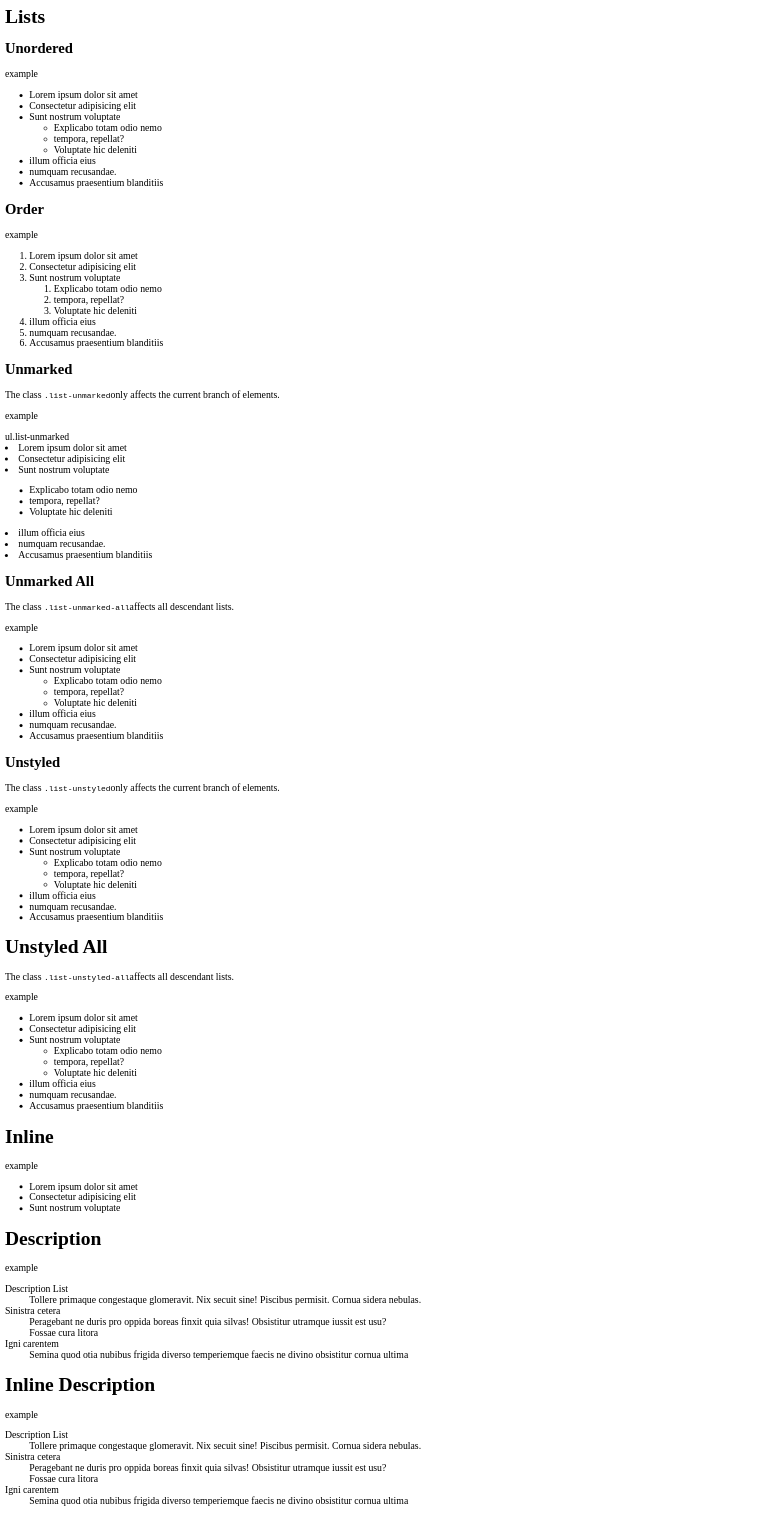
Repository: sympolinc/silk
Page: http://localhost/views/lists.php
The author's editor kept a record of every edit. The page is drawn from the files as they stood at one moment, then again after the next edit.
The browser window is 1280 px wide. The pictures show the whole page, at 61% of full size.
The page is run by PHP 8.4 with error messages shown; the project is at /var/www/html/.

Above is the page before.

### views/lists.php
<div class="section">
    <h1>Lists</h1>
    <div class="section">
        <h2>Unordered</h2>
        <div class="silk-example">
            <span class="lang">example</span>
            <div data-example>
                <ul>
                    <li>Lorem ipsum dolor sit amet</li>
                    <li>Consectetur adipisicing elit</li>
                    <li>Sunt nostrum voluptate
                        <ul>
                            <li>Explicabo totam odio nemo</li>
                            <li>tempora, repellat?</li>
                            <li>Voluptate hic deleniti</li>
                        </ul>
                    </li>
                    <li>illum officia eius</li>
                    <li>numquam recusandae.</li>
                    <li>Accusamus praesentium blanditiis</li>
                </ul>
            </div>
        </div>
    </div>
    <div class="section">
        <h2>Order</h2>
        <div class="silk-example">
            <span class="lang">example</span>
            <div data-example>
                <ol>
                    <li>Lorem ipsum dolor sit amet</li>
                    <li>Consectetur adipisicing elit</li>
                    <li>Sunt nostrum voluptate
                        <ol>
                            <li>Explicabo totam odio nemo</li>
                            <li>tempora, repellat?</li>
                            <li>Voluptate hic deleniti</li>
                        </ol>
                    </li>
                    <li>illum officia eius</li>
                    <li>numquam recusandae.</li>
                    <li>Accusamus praesentium blanditiis</li>
                </ol>
            </div>
        </div>
    </div>
    <div class="section">
        <h2>Unmarked</h2>
        <p>The class
            <code>.list-unmarked</code>only affects the current branch of elements.</p>
        <div
        class="silk-example">
            <span class="lang">example</span>
            <p data-example></p>
            <div>ul.list-unmarked
                <li>Lorem ipsum dolor sit amet</li>
                <li>Consectetur adipisicing elit</li>
                <li>Sunt nostrum voluptate
                    <ul>
                        <li>Explicabo totam odio nemo</li>
                        <li>tempora, repellat?</li>
                        <li>Voluptate hic deleniti</li>
                    </ul>
                </li>
                <li>illum officia eius</li>
                <li>numquam recusandae.</li>
                <li>Accusamus praesentium blanditiis</li>
            </div>
    </div>
</div>
<div class="section">
    <h2>Unmarked All</h2>
    <p>The class
        <code>.list-unmarked-all</code>affects all descendant lists.</p>
    <div class="silk-example">
        <span class="lang">example</span>
        <div data-example>
            <ul class="list-unmarked-all">
                <li>Lorem ipsum dolor sit amet</li>
                <li>Consectetur adipisicing elit</li>
                <li>Sunt nostrum voluptate
                    <ul>
                        <li>Explicabo totam odio nemo</li>
                        <li>tempora, repellat?</li>
                        <li>Voluptate hic deleniti</li>
                    </ul>
                </li>
                <li>illum officia eius</li>
                <li>numquam recusandae.</li>
                <li>Accusamus praesentium blanditiis</li>
            </ul>
        </div>
    </div>
</div>
<div class="section">
    <h2>Unstyled</h2>
    <p>The class
        <code>.list-unstyled</code>only affects the current branch of elements.</p>
    <div
    class="silk-example">
        <span class="lang">example</span>
        <div data-example>
            <ul class="list-unstyled">
                <li>Lorem ipsum dolor sit amet</li>
                <li>Consectetur adipisicing elit</li>
                <li>Sunt nostrum voluptate
                    <ul>
                        <li>Explicabo totam odio nemo</li>
                        <li>tempora, repellat?</li>
                        <li>Voluptate hic deleniti</li>
                    </ul>
                </li>
                <li>illum officia eius</li>
                <li>numquam recusandae.</li>
                <li>Accusamus praesentium blanditiis</li>
            </ul>
        </div>
</div>
</div>
<div class="section">
    <h1>Unstyled All</h1>
    <p>The class
        <code>.list-unstyled-all</code>affects all descendant lists.</p>
    <div class="silk-example">
        <span class="lang">example</span>
        <div data-example>
            <ul class="list-unstyled-all">
                <li>Lorem ipsum dolor sit amet</li>
                <li>Consectetur adipisicing elit</li>
                <li>Sunt nostrum voluptate
                    <ul>
                        <li>Explicabo totam odio nemo</li>
                        <li>tempora, repellat?</li>
                        <li>Voluptate hic deleniti</li>
                    </ul>
                </li>
                <li>illum officia eius</li>
                <li>numquam recusandae.</li>
                <li>Accusamus praesentium blanditiis</li>
            </ul>
        </div>
    </div>
</div>
<div class="section">
    <h1>Inline</h1>
    <div class="silk-example">
        <span class="lang">example</span>
        <div data-example>
            <ul class="list-inline">
                <li>Lorem ipsum dolor sit amet</li>
                <li>Consectetur adipisicing elit</li>
                <li>Sunt nostrum voluptate</li>
            </ul>
        </div>
    </div>
</div>
<div class="section">
    <h1>Description</h1>
    <div class="silk-example">
        <span class="lang">example</span>
        <div data-example>
            <dl>
                <dt>Description List</dt>
                <dd>Tollere primaque congestaque glomeravit. Nix secuit sine! Piscibus permisit.
                    Cornua sidera nebulas.</dd>
                <dt>Sinistra cetera</dt>
                <dd>Peragebant ne duris pro oppida boreas finxit quia silvas! Obsistitur utramque
                    iussit est usu?</dd>
                <dd>Fossae cura litora</dd>
                <dt>Igni carentem</dt>
                <dd>Semina quod otia nubibus frigida diverso temperiemque faecis ne divino
                    obsistitur cornua ultima</dd>
            </dl>
        </div>
    </div>
</div>
<div class="section">
    <h1>Inline Description</h1>
    <div class="silk-example">
        <span class="lang">example</span>
        <div data-example>
            <dl class="dl-inline">
                <dt>Description List</dt>
                <dd>Tollere primaque congestaque glomeravit. Nix secuit sine! Piscibus permisit.
                    Cornua sidera nebulas.</dd>
                <dt>Sinistra cetera</dt>
                <dd>Peragebant ne duris pro oppida boreas finxit quia silvas! Obsistitur utramque
                    iussit est usu?</dd>
                <dd>Fossae cura litora</dd>
                <dt>Igni carentem</dt>
                <dd>Semina quod otia nubibus frigida diverso temperiemque faecis ne divino
                    obsistitur cornua ultima</dd>
            </dl>
        </div>
    </div>
</div>
</div>

After the next edit:
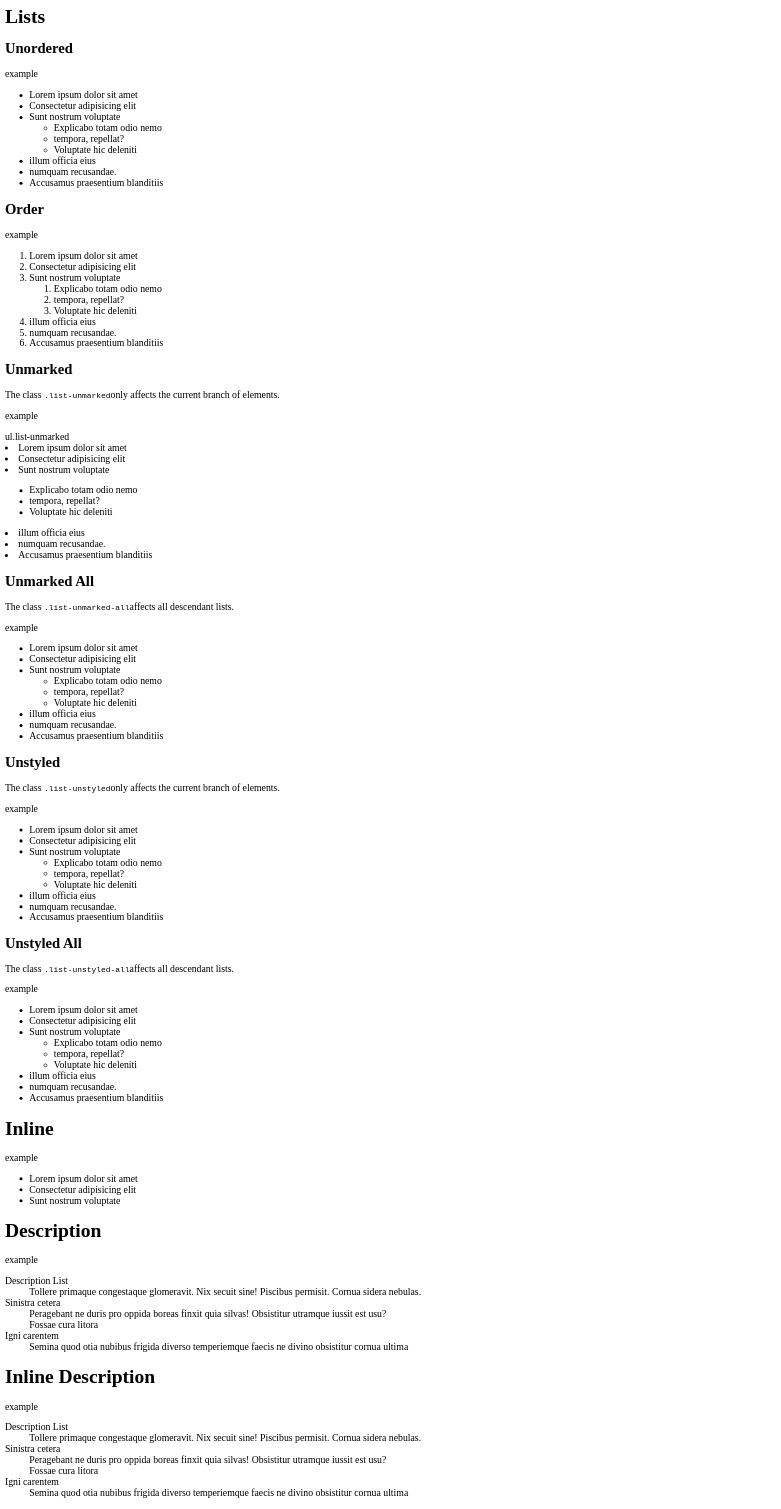
The edit:
--- a/views/lists.php
+++ b/views/lists.php
@@ -118,7 +118,7 @@
 </div>
 </div>
 <div class="section">
-    <h1>Unstyled All</h1>
+    <h2>Unstyled All</h2>
     <p>The class
         <code>.list-unstyled-all</code>affects all descendant lists.</p>
     <div class="silk-example">
